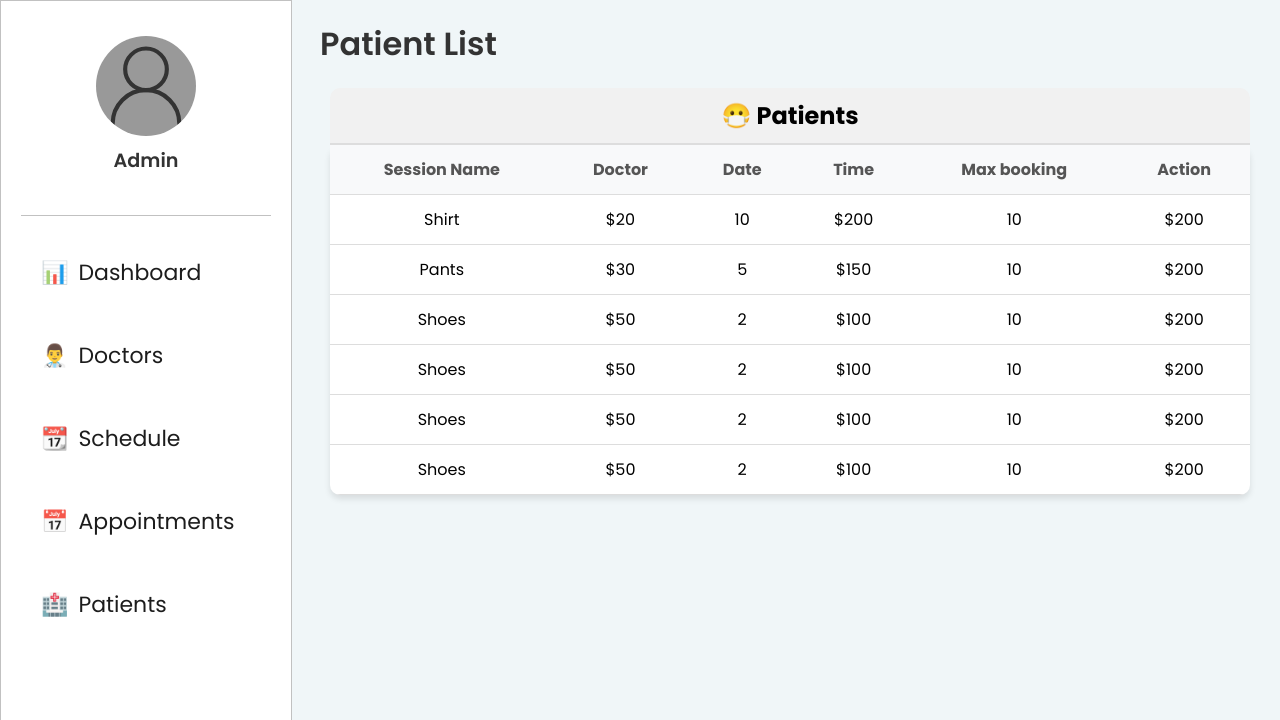
Repository: AriaFantom/Minor-Project
Page: http://localhost/Project/dashboard/admin/patient.jsp
An editor plug-in stored every save of this project. The page is shown before and after the next save, followed by the edit.
The browser window is 1280 px wide. The pictures show the whole page.
Some web fonts or font styles are not loaded; a fallback is used. The page is served by Tomcat 10. Other server files are loaded and not shown.

Above is the page before, as saved 2025-01-11 16:16:51.

### Project/src/main/webapp/dashboard/admin/patient.jsp
<%@ page language="java" contentType="text/html; charset=UTF-8"
    pageEncoding="UTF-8"%>
<!DOCTYPE html>
<html lang="en">
<head>
    <meta charset="UTF-8">
    <title>Title</title>
    <link rel="stylesheet" href="../../css/admin-panel.css">
</head>
<body>
<aside class="side-bar">
    <div class="user-info">
        <svg xmlns="http://www.w3.org/2000/svg" width="24" height="24" viewBox="0 0 24 24" fill="none"
             stroke="currentColor"
             stroke-width="1" stroke-linecap="round" stroke-linejoin="round" class="user-avatar">
            <circle cx="12" cy="8" r="5"/>
            <path d="M20 21a8 8 0 0 0-16 0"/>
        </svg>
        <p>Admin</p>
    </div>
    <ul class="siderbar-navlinks">
                <li>
      <a href="panel.jsp">
        <div class="icon">📊</div>
        Dashboard
      </a>
    </li>
    <li>
      <a href="doctor.jsp">
        <div class="icon">👨‍⚕️</div>
        Doctors
      </a>
    </li>
    <li>
      <a href="schedule.jsp">
                <div class="icon">📆</div>
                Schedule
            </a>
    </li>
    <li>
      <a href="appointments.jsp">
        <div class="icon">📅</div>
        Appointments
      </a>
    </li>
    <li>
      <a href="patient.jsp">
        <div class="icon">🏥</div>
        Patients
      </a>
    </ul>
</aside>
<main>
    <div class="top-heading">
        <h4 class="panel-heading">Patient List</h4>
    </div>
    <div class="container">
        <table class="appointment-table">
            <caption>😷 Patients</caption>
            <thead>
            <tr>
                <th>Session Name</th>
                <th>Doctor</th>
                <th>Date</th>
                <th>Time</th>
                <th>Max booking</th>
                <th>Action</th>
            </tr>
            </thead>
            <tbody>
            <tr>
                <td>Shirt</td>
                <td>$20</td>
                <td>10</td>
                <td>$200</td>
                <td>10</td>
                <td>$200</td>
            </tr>
            <tr>
                <td>Pants</td>
                <td>$30</td>
                <td>5</td>
                <td>$150</td>
                <td>10</td>
                <td>$200</td>
            </tr>
            <tr>
                <td>Shoes</td>
                <td>$50</td>
                <td>2</td>
                <td>$100</td>
                <td>10</td>
                <td>$200</td>
            </tr>
            <tr>
                <td>Shoes</td>
                <td>$50</td>
                <td>2</td>
                <td>$100</td>
                <td>10</td>
                <td>$200</td>
            </tr>
            <tr>
                <td>Shoes</td>
                <td>$50</td>
                <td>2</td>
                <td>$100</td>
                <td>10</td>
                <td>$200</td>
            </tr>
            <tr>
                <td>Shoes</td>
                <td>$50</td>
                <td>2</td>
                <td>$100</td>
                <td>10</td>
                <td>$200</td>
            </tr>
            </tbody>
        </table>
    </div>
</main>
</body>
</html>

### Project/src/main/webapp/css/admin-panel.css
@import url('https://fonts.googleapis.com/css2?family=DM+Serif+Text:ital@0;1&family=PT+Sans:ital,wght@0,400;0,700;1,400;1,700&family=Poppins:ital,wght@0,100;0,200;0,300;0,400;0,500;0,600;0,700;0,800;0,900;1,100;1,200;1,300;1,400;1,500;1,600;1,700;1,800;1,900&family=Ubuntu:ital,wght@0,300;0,400;0,500;0,700;1,300;1,400;1,500;1,700&display=swap');

* {
    margin: 0;
    padding: 0;
}

body {
    background-color: #f0f6f8;
}


.side-bar {
    background: #fff;
    font-family: "Poppins", sans-serif;
    position: fixed;
    padding: 5px 20px;
    top: 0;
    left: 0;
    width: 250px;
    height: 100%;
    border: 1px solid rgba(51, 51, 51, 0.3);
    transition: 0.5s;
}

.user-info {
    display: flex;
    flex-direction: column;
    justify-content: center;
    align-items: center;
    padding: 30px 0px;
    border-bottom: 1px solid rgba(51, 51, 51, 0.3);
}

.user-avatar {
    width: 100px;
    height: 100px;
    border-radius: 50%;
    color: #333333;
    background: #999999;
}

.user-info p {
    margin: 10px 0;
    font-size: 1.2rem;
    font-weight: 600;
    color: #333333;
}

/* Nav Links */

.siderbar-navlinks {
    display: flex;
    flex-direction: column;
    gap: 10px;
    margin-top: 20px;
    list-style: none;
}

.side-bar li,
.side-bar a {
    text-decoration: none;
    font-size: 22px;
    display: flex;
    color: rgba(0, 0, 0, 0.89);
    gap: 10px;
    align-items: center;
    cursor: pointer;
    padding: 10px;
    transition: 0.5s;
}

.side-bar li:hover {
    background: #96c2c2;
    border-radius: 5px;
}

main {
    font-family: "Poppins", sans-serif;
    margin-left: 300px;
    padding: 20px;

}
.top-heading {
    display: flex;
    flex-direction: row;
    justify-content: space-between;
    margin-bottom: 20px;
}
.add-button {
    background-color: #3d8182;
    color: white;
    padding: 10px 20px;
    border-radius: 5px;
    font-size: 1.2rem;
    font-weight: 600;
    cursor: pointer;
    transition: 0.5s;
    border: none;
}
.panel-heading {
    font-size: 2rem;
    font-weight: 600;
    color: #333333;
}

.stats-container {
    display: grid;
    grid-template-columns: repeat(4, 1fr);
    gap: 20px;

    width: 100%;
}

.stats-card {
    background-color: white;
    border-radius: 12px;
    box-shadow: 0 8px 20px rgba(0, 0, 0, 0.08);
    padding: 25px;
    text-align: center;
    transition: all 0.3s ease;
    position: relative;
    overflow: hidden;
}

.stats-card:hover {
    transform: translateY(-10px);
    box-shadow: 0 12px 25px rgba(0, 0, 0, 0.12);
}

.stats-icon {
    font-size: 45px;
    margin-bottom: 15px;
    opacity: 0.7;
}

.stats-number {
    font-size: 36px;
    font-weight: bold;
    color: #2c3e50;
    margin-bottom: 10px;
}

.stats-label {
    font-size: 14px;
    color: #7f8c8d;
    text-transform: uppercase;
    letter-spacing: 1px;
}
/* All the tables in the main section */
.container {
    margin: 20px 10px;
    display: flex;
    gap: 40px;
    justify-content: space-between;
}

.appointment-table {
    width: 100%;
    border-collapse: collapse;
    background-color: #fff;
    border-radius: 10px;
    box-shadow: 0 4px 6px rgba(0, 0, 0, 0.1);
    overflow: hidden;
}

.appointment-table caption {
    font-size: 1.5em;
    font-weight: bold;
    padding: 10px;
    text-align: center;
    background-color: #f1f1f1;
    border-bottom: 2px solid #ddd;
}

.appointment-table th, .appointment-table td {

    padding: 12px 18px;
    text-align: center;
    border-bottom: 1px solid #ddd;
}

.appointment-table th {
    background-color: #f8f9fa;
    color: #555;
}

.appointment-table tr:hover {
    background-color: #f1f1f1;
}

.appointment-table td {
    font-size: 1em;
}
.edit-button {
    background-color: #3d826d;
    color: white;
    padding: 10px 15px;
    border-radius: 5px;
    font-size: 1.2rem;
    font-weight: 600;
    cursor: pointer;
    transition: 0.5s;
    border: none;
}

.delete-button {
    background-color: #823d3d;
    color: white;
    padding: 10px 15px;
    border-radius: 5px;
    font-size: 1.2rem;
    font-weight: 600;
    cursor: pointer;
    transition: 0.5s;
    border: none;
}

.session-form .form-group select {
    width: 100%;
    padding: 10px;
    border: 1px solid #e0e0e0;
    border-radius: 4px;
    background-color: white;
    font-size: 14px;
    appearance: none;
    -webkit-appearance: none;
    -moz-appearance: none;
    background-image: url("data:[embedded picture, 260 characters]");
    background-repeat: no-repeat;
    background-position: right 10px center;
}

.session-form .form-group select:focus {
    outline: none;
    border-color: #007bff;
    box-shadow: 0 0 5px rgba(0, 123, 255, 0.2);
}

.session-form .form-group select:invalid {
    color: #999;
}

.session-form .form-group select option {
    background-color: white;
    color: #333;
}

.session-form .form-group select option:first-child {
    color: #999;
}
.alert {
            padding: 15px;
            margin: 20px auto;
            border-radius: 4px;
            width: 95%;
            font-size: 16px;
            text-align: center;
}
.alert-success {
            color: #155724;
            background-color: #d4edda;
            border: 1px solid #c3e6cb;
}
.alert-danger {
            color: #721c24;
            background-color: #f8d7da;
            border: 1px solid #f5c6cb;
 }
.errordiv {
	display: flex;
	flex-direction: column;
	align-items:center;
	justify-content:center;
	background-color: #96c2c2;
	height: 100vh;
	width: 100%;
	font-family: "Poppins", sans-serif;
}

.errordiv h1 {
	text-transform: uppercase;
}

After the next save:
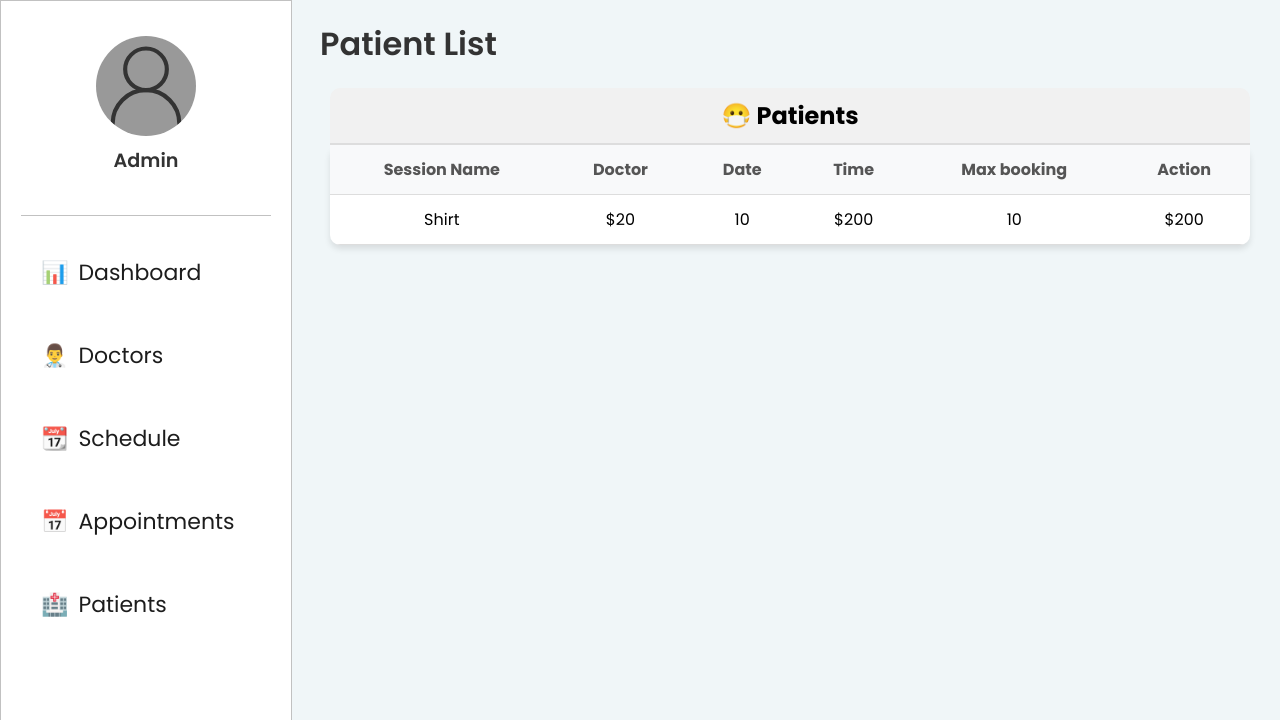
Saved 36 min 36 s later.
--- a/Project/src/main/webapp/dashboard/admin/patient.jsp
+++ b/Project/src/main/webapp/dashboard/admin/patient.jsp
@@ -76,46 +76,7 @@
                 <td>10</td>
                 <td>$200</td>
             </tr>
-            <tr>
-                <td>Pants</td>
-                <td>$30</td>
-                <td>5</td>
-                <td>$150</td>
-                <td>10</td>
-                <td>$200</td>
-            </tr>
-            <tr>
-                <td>Shoes</td>
-                <td>$50</td>
-                <td>2</td>
-                <td>$100</td>
-                <td>10</td>
-                <td>$200</td>
-            </tr>
-            <tr>
-                <td>Shoes</td>
-                <td>$50</td>
-                <td>2</td>
-                <td>$100</td>
-                <td>10</td>
-                <td>$200</td>
-            </tr>
-            <tr>
-                <td>Shoes</td>
-                <td>$50</td>
-                <td>2</td>
-                <td>$100</td>
-                <td>10</td>
-                <td>$200</td>
-            </tr>
-            <tr>
-                <td>Shoes</td>
-                <td>$50</td>
-                <td>2</td>
-                <td>$100</td>
-                <td>10</td>
-                <td>$200</td>
-            </tr>
+
             </tbody>
         </table>
     </div>
